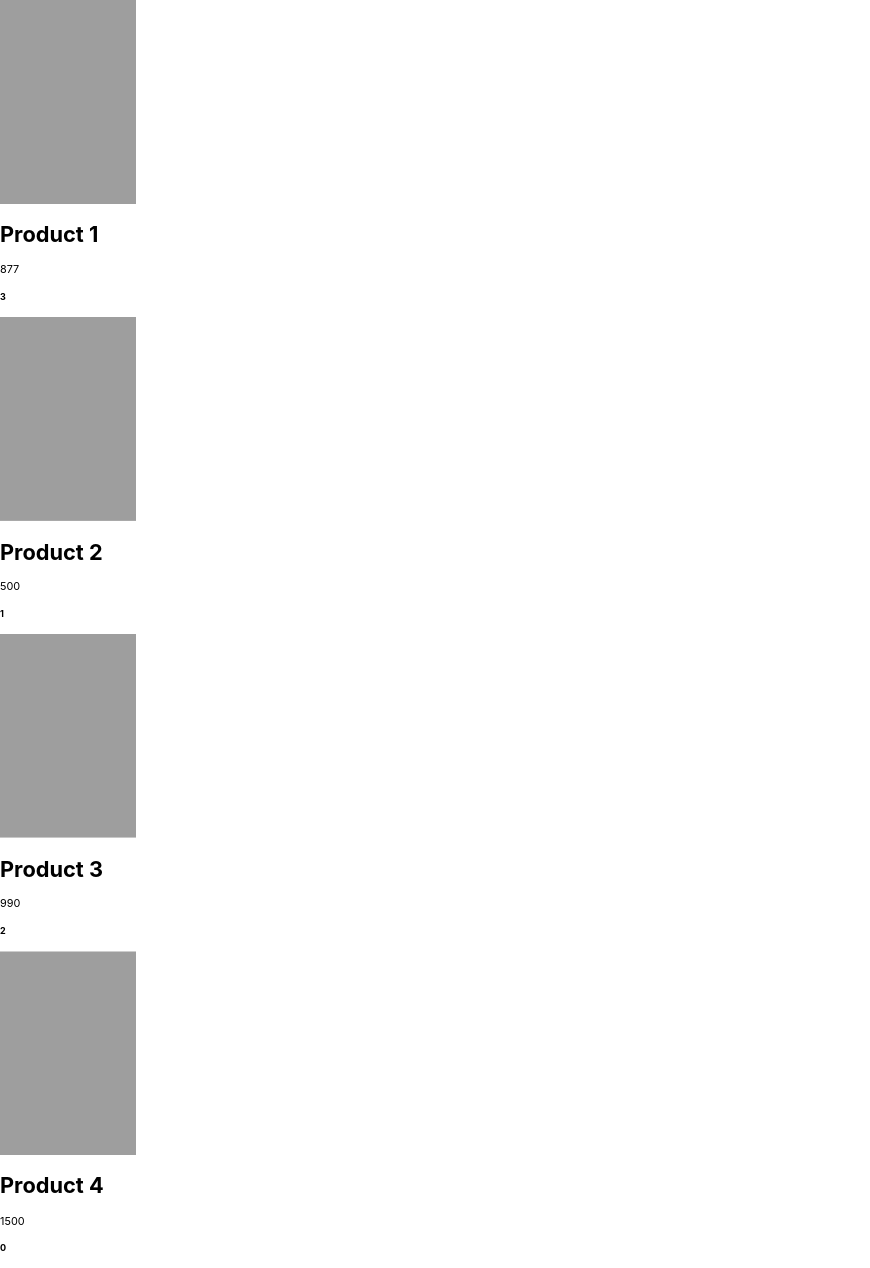
Repository: Imprasna/react-ecommerce
Page: /
These files come from the project's save history. The page is drawn as it stood at one moment and after a run of saves; the edit follows.
The browser window is 1280 px wide. The pictures show the whole page, at 68% of full size.
Pictures or frames that could not be fetched are drawn as grey boxes. Some web libraries are served in a nearby version. The project was rebuilt for these pictures with package versions that can differ from the ones it lists, and the page was loaded fresh each time. Also part of the build but not shown: src/App.css.

Above is the page before, as saved 2022-06-12 11:30:21.

After the next 3 saves:
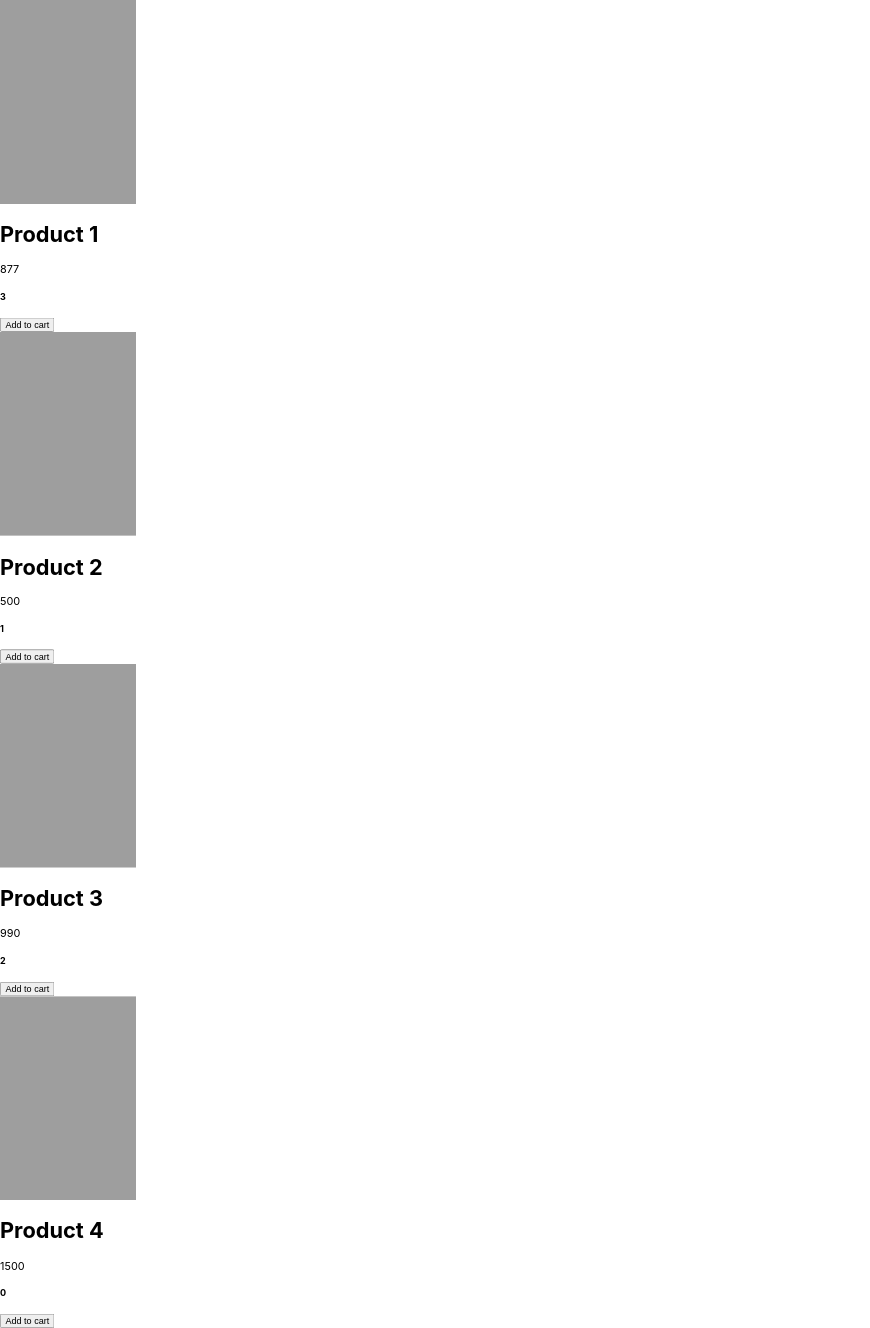
The 3 saves are shown as one change because they came seconds apart.
The last was saved 12 s later.
--- a/src/components/products.js
+++ b/src/components/products.js
@@ -16,7 +16,7 @@ function products() {
                       {product.price}
                   </div>
                   <h5>{product.availability}</h5>
-
+                  <button>Add to cart</button>
               </div>
           )
       })
